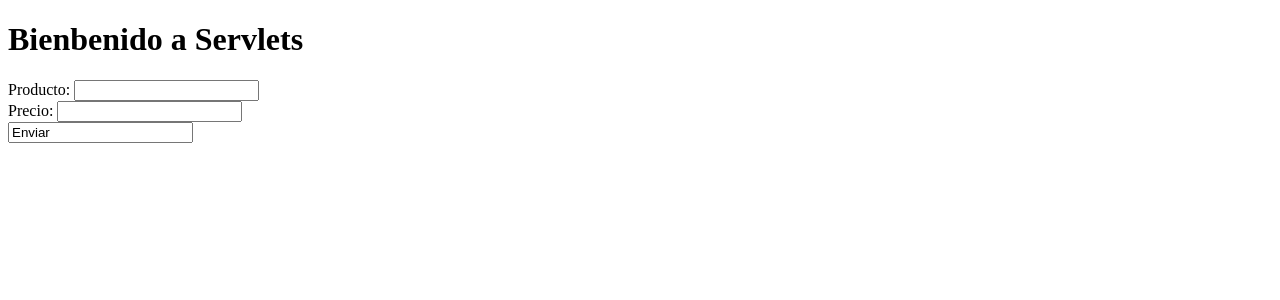
Repository: Juandrg24/ProgramacionWebI
Page: Servlets/ProyectosEclipse/intro_servlets/src/main/web/index.html
These files come from the project's save history. The page is drawn as it stood at one moment and after the next save; the edit follows.
The browser window is 1280 px wide. The pictures show the whole page.

Above is the page before, as saved 2024-05-01 01:58:38.

After the next save:
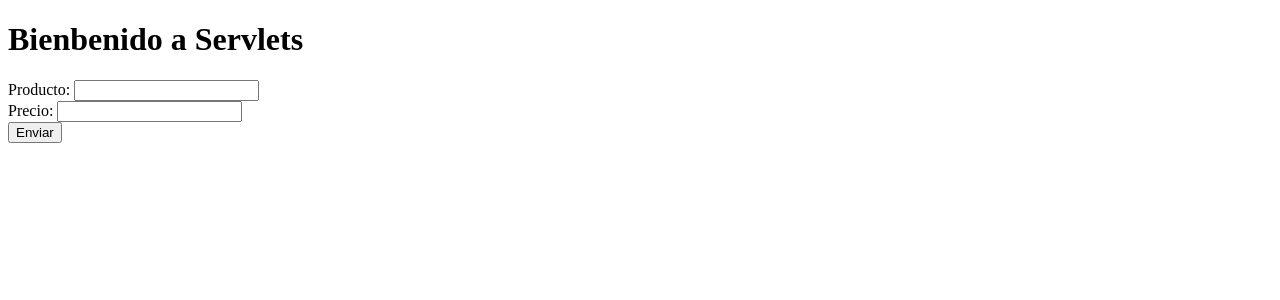
Saved 84 s later.
--- a/Servlets/ProyectosEclipse/intro_servlets/src/main/web/index.html
+++ b/Servlets/ProyectosEclipse/intro_servlets/src/main/web/index.html
@@ -19,7 +19,7 @@
 
 		</div>
 		<div>
-			<input type="sumit"  value="Enviar">
+			<input type="submit"  value="Enviar">
 		</div>
 
 	</form>
